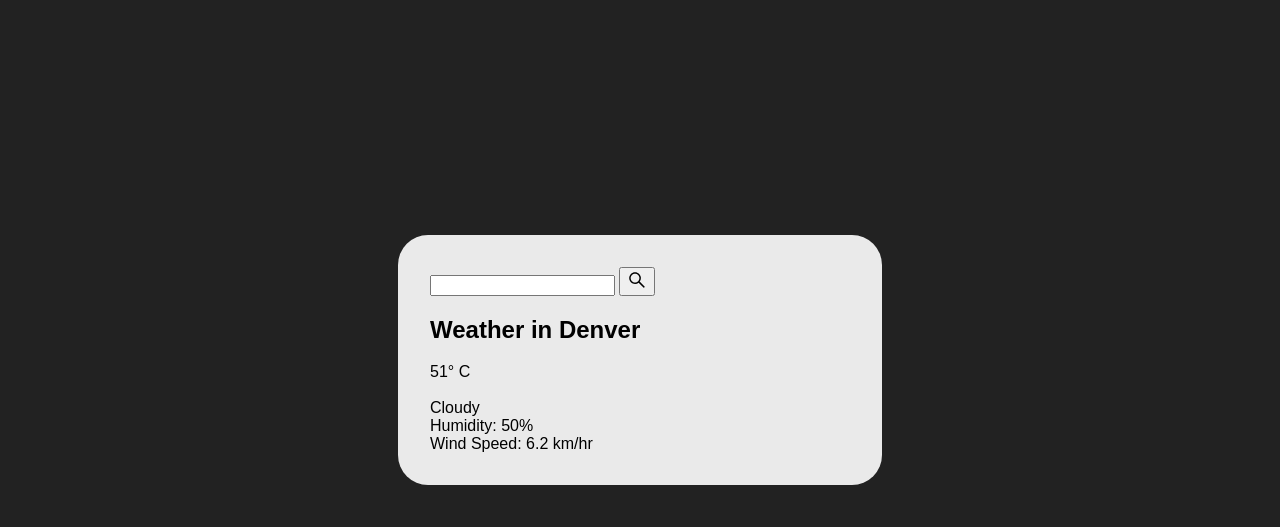
Repository: garima-1297/Weather-App
Page: index.html
These files come from the project's save history. The page is drawn as it stood at one moment and after the next save; the edit follows.
The browser window is 1280 px wide. The pictures show the whole page.

Above is the page before, as saved 2022-05-15 21:09:58.

### index.html
<!DOCTYPE html>
<html lang="en">
<head>
    <meta charset="UTF-8">
    <meta http-equiv="X-UA-Compatible" content="IE=edge">
    <meta name="viewport" content="width=device-width, initial-scale=1.0">
    <title>Weather App</title>
    <link rel="stylesheet" href="./style.css">
    <script src="./script.js"></script>
</head>
<body>
    <div class="card">
        <div class="search">
            <input type="text" class="search-bar" />
            <button><svg stroke="currentColor" fill="currentColor" stroke-width="0" viewBox="0 0 1024 1024" height="1.5em" width="1.5em" xmlns="http://www.w3.org/2000/svg"><path d="M909.6 854.5L649.9 594.8C690.2 542.7 712 479 712 412c0-80.2-31.3-155.4-87.9-212.1-56.6-56.7-132-87.9-212.1-87.9s-155.5 31.3-212.1 87.9C143.2 256.5 112 331.8 112 412c0 80.1 31.3 155.5 87.9 212.1C256.5 680.8 331.8 712 412 712c67 0 130.6-21.8 182.7-62l259.7 259.6a8.2 8.2 0 0 0 11.6 0l43.6-43.5a8.2 8.2 0 0 0 0-11.6zM570.4 570.4C528 612.7 471.8 636 412 636s-116-23.3-158.4-65.6C211.3 528 188 471.8 188 412s23.3-116.1 65.6-158.4C296 211.3 352.2 188 412 188s116.1 23.2 158.4 65.6S636 352.2 636 412s-23.3 116.1-65.6 158.4z"></path></svg></button>
        </div>
        <div class="weather">
            <h2 class="city">Weather in Denver</h2>
            <div class="temp">51° C</div>
            <img src="" alt="" class="icon" />
            <div class="description">Cloudy</div>
            <div class="humidity">Humidity: 50%</div>
            <div class="wind">Wind Speed: 6.2 km/hr</div>
        </div>
    </div>
</body>
</html>

### style.css
body {display: flex;justify-content: center;align-items: center;height: 100vh;margin: 0;background: #222;font-family: 'Montserrat', sans-serif;}
.card {background: #eaeaea;padding: 2em;border-radius: 30px;width: 100%;max-width: 420px;margin: 1em;}

Loaded but not shown: script.js (no copy from this time; the picture is the same without it)

After the next save:
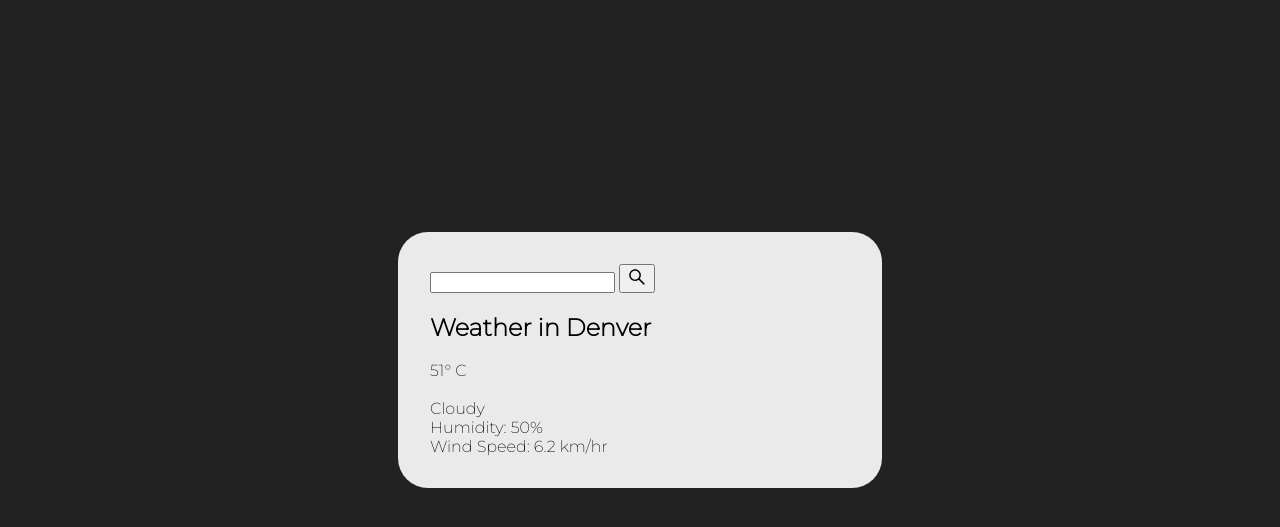
Saved 14 s later.
--- a/index.html
+++ b/index.html
@@ -5,6 +5,9 @@
     <meta http-equiv="X-UA-Compatible" content="IE=edge">
     <meta name="viewport" content="width=device-width, initial-scale=1.0">
     <title>Weather App</title>
+    <link rel="preconnect" href="https://fonts.googleapis.com">
+    <link rel="preconnect" href="https://fonts.gstatic.com" crossorigin>
+    <link href="https://fonts.googleapis.com/css2?family=Montserrat:wght@200&display=swap" rel="stylesheet">
     <link rel="stylesheet" href="./style.css">
     <script src="./script.js"></script>
 </head>
